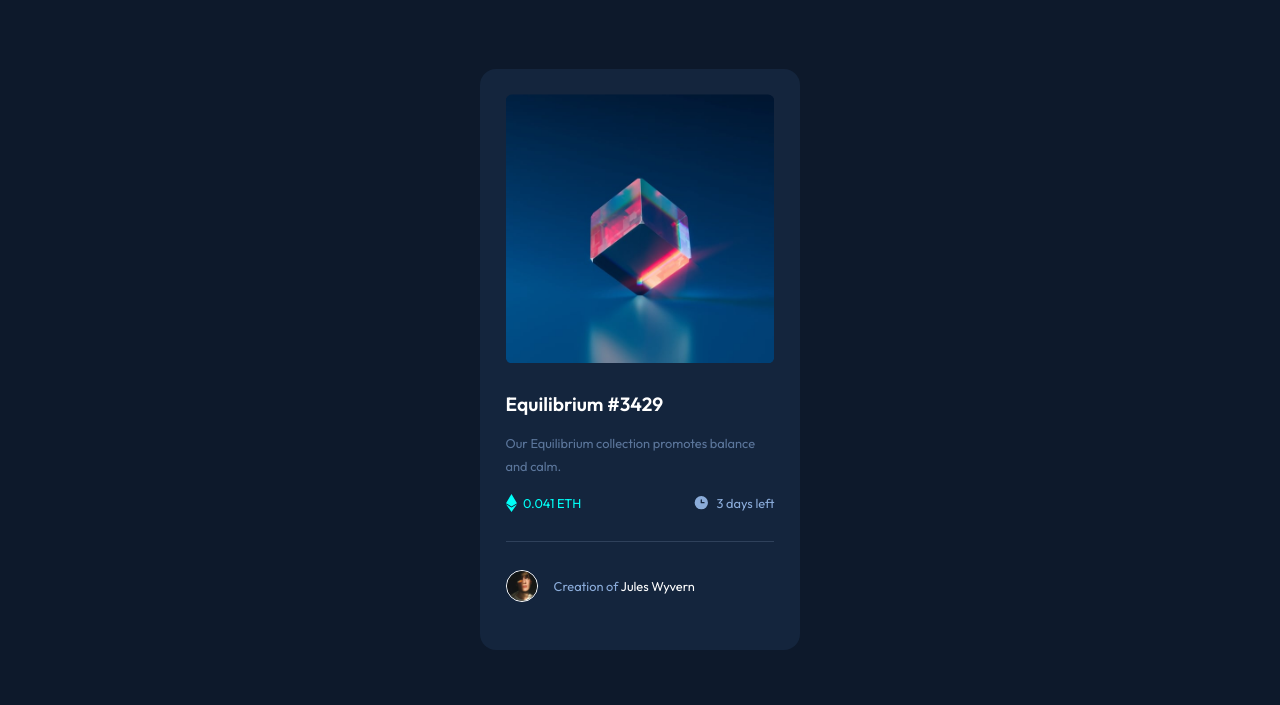
Repository: thaibaocoder1/nft-preview-card-component
Page: index.html
These files come from the project's save history. The page is drawn as it stood at one moment and after a run of saves; the edit follows.
The browser window is 1280 px wide. The pictures show the whole page.

Above is the page before, as saved 2023-01-06 19:03:41.

### index.html
<!DOCTYPE html>
<html lang="en">
<head>
  <meta charset="UTF-8">
  <meta name="viewport" content="width=device-width, initial-scale=1.0">
  <link rel="icon" type="image/png" sizes="32x32" href="./images/favicon-32x32.png">
  <title>Frontend Mentor | NFT preview card component</title>
  <link rel="stylesheet" href="./images/favicon-32x32.png">
  <link rel="stylesheet" href="./style.css">
  <style>
    .attribution { font-size: 11px; text-align: center; }
    .attribution a { color: hsl(228, 45%, 44%); }
  </style>
</head>
<body>
  <main class="container">
    <img src="./images/image-equilibrium.jpg" alt="Image" class="container-img">
    <div class="container-content">
      <h2 class="container-heading">Equilibrium #3429</h2>
      <p class="container-desc">Our Equilibrium collection promotes balance and calm.</p>
      <section class="container-date">
        <div class="container-date-right">
          <img src="./images/icon-ethereum.svg" alt="" class="container-date--image">
          <span class="container-date--text">
            0.041 ETH
          </span>
        </div>
        <div class="container-date-left">
          <img src="./images/icon-clock.svg" alt="" class="container-date--image">
          <span class="container-date--text">
            3 days left
          </span>
        </div>
      </section>
      <hr id="mark">
      <div class="container-footer">
        <img src="./images/image-avatar.png" alt="" class="container-date--image">
        <small class="container-date--footer">
          Creation of
          <span id="text-marker">Jules Wyvern</span>
        </small>
        </div>
      </div>
    </main>


  <!-- <div class="attribution">
    Challenge by <a href="https://www.frontendmentor.io?ref=challenge" target="_blank">Frontend Mentor</a>.
    Coded by <a href="#">baoDev</a>.
  </div> -->
</body>
</html>
<!-- Equilibrium #3429

Our Equilibrium collection promotes balance and calm.

0.041 ETH
3 days left

Creation of Jules Wyvern -->

### style.css
@import url('https://fonts.googleapis.com/css2?family=Outfit:wght@300;400;600&display=swap');
* {
    margin: 0;
    padding: 0;
    box-sizing: border-box;
}
body {
    text-rendering: optimizeLegibility;
    scroll-behavior: smooth;
    font-family: 'Outfit', sans-serif;
    display: flex;
    align-items: center;
    justify-content: center;
    min-height: calc(100vh - 1px);
    background-color: var(--very-dark-blue-main);
    font-size: 62.5%;
}
:root {
    --soft-blue: hsl(215, 51%, 70%);
    --cyan-color: hsl(178, 100%, 50%);
    --very-dark-blue-main: hsl(217, 54%, 11%);
    --very-dark-blue-card: hsl(216, 50%, 16%);
    --very-dark-blue-line: hsl(215, 32%, 27%);
    --white-color: hsl(0, 0%, 100%);
}
.container {
    width: 320px;
    background-color: var(--very-dark-blue-card);
    text-align: center;
    border-radius: 1rem;
    box-shadow:  var(--very-dark-blue-card);
}
.container .container-img {
    width: 20rem;
    height: 20rem;
    object-fit: cover;
    cursor: pointer;
    border-radius: 2rem;
    overflow: hidden;
    padding: 1.6rem;
}
.container .container-content {
    padding: 0 1.6rem 3rem 1.6rem;
    text-align: left;
}
.container .container-content .container-heading {
    color: var(--white-color);
    font-size: 1.2rem;
    padding-bottom: 1rem;
}
.container .container-content .container-desc {
    color: var(--soft-blue);
    font-size: 0.8rem;
    font-weight: 400;
    opacity: 0.6;
    line-height: 1.8;
}
.container .container-date {
    display: flex;
    align-items: center;
    padding: 1rem 0 1.8rem;
}
.container-date .container-date-right, .container .container-date-left {
    display: flex;
    align-items: center;
    justify-content: center;
}
.container .container-date .container-date-left {
    margin-left: auto;
}
.container .container-date--text {
    color: var(--cyan-color);
    font-size: 0.8rem;
    line-height: 1rem;
    text-align: center;
    margin-left: 0.4rem;
}
.container .container-date-left .container-date--text {
    color: var(--soft-blue);
}
#mark {
    border: none;
    width: 100%;
    height: 1px;
    background-color: var(--very-dark-blue-line);
}
.container .container-footer {
    padding-top: 1.8rem;
    display: flex;
    align-items: center;
}
.container .container-footer .container-date--image {
    width: 2rem;
    height: 2rem;
    border-radius: 50%;
    border: 1px solid var(--white-color);
}
.container .container-footer .container-date--footer {
    margin-left: 1rem;
    font-size: 0.8rem;
    color: var(--soft-blue);
}
.container .container-footer #text-marker {
    color: #fff;
}

After the next 5 saves:
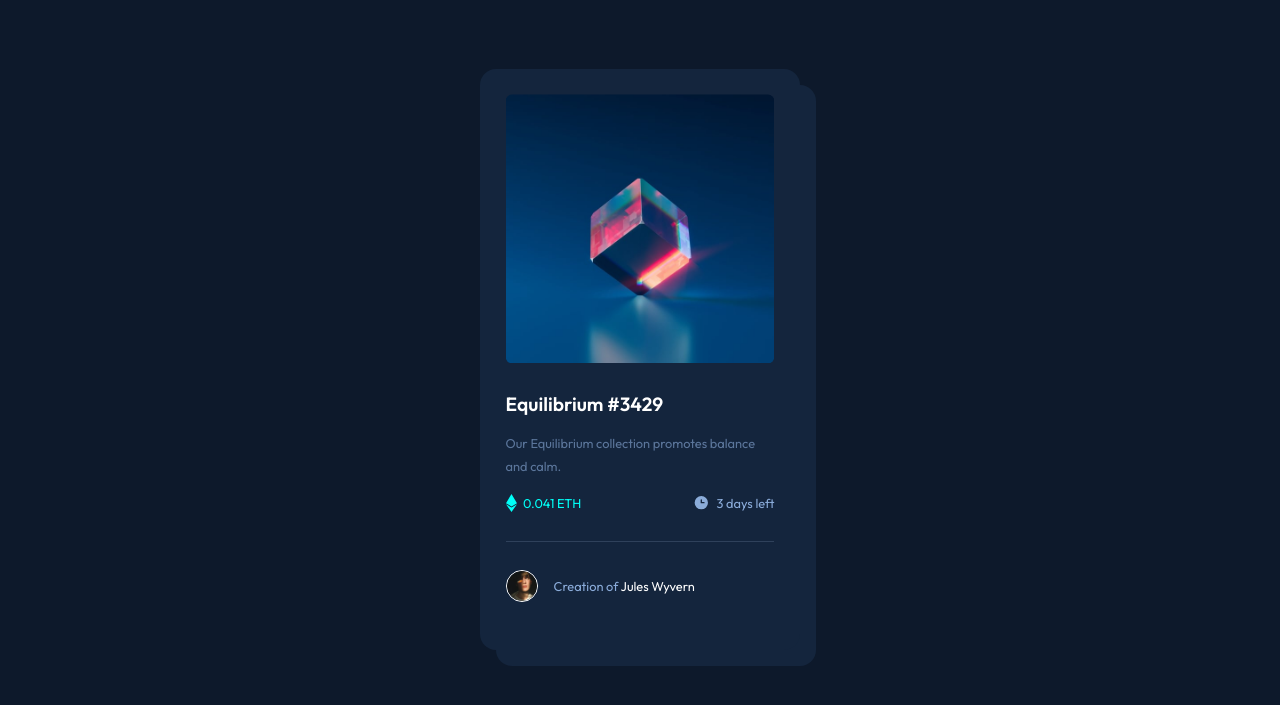
The 5 saves are shown as one change because they came seconds apart.
The last was saved 18 s later.
--- a/style.css
+++ b/style.css
@@ -28,7 +28,7 @@ body {
     background-color: var(--very-dark-blue-card);
     text-align: center;
     border-radius: 1rem;
-    box-shadow:  var(--very-dark-blue-card);
+    box-shadow: 1rem 1rem  var(--very-dark-blue-card);
 }
 .container .container-img {
     width: 20rem;
